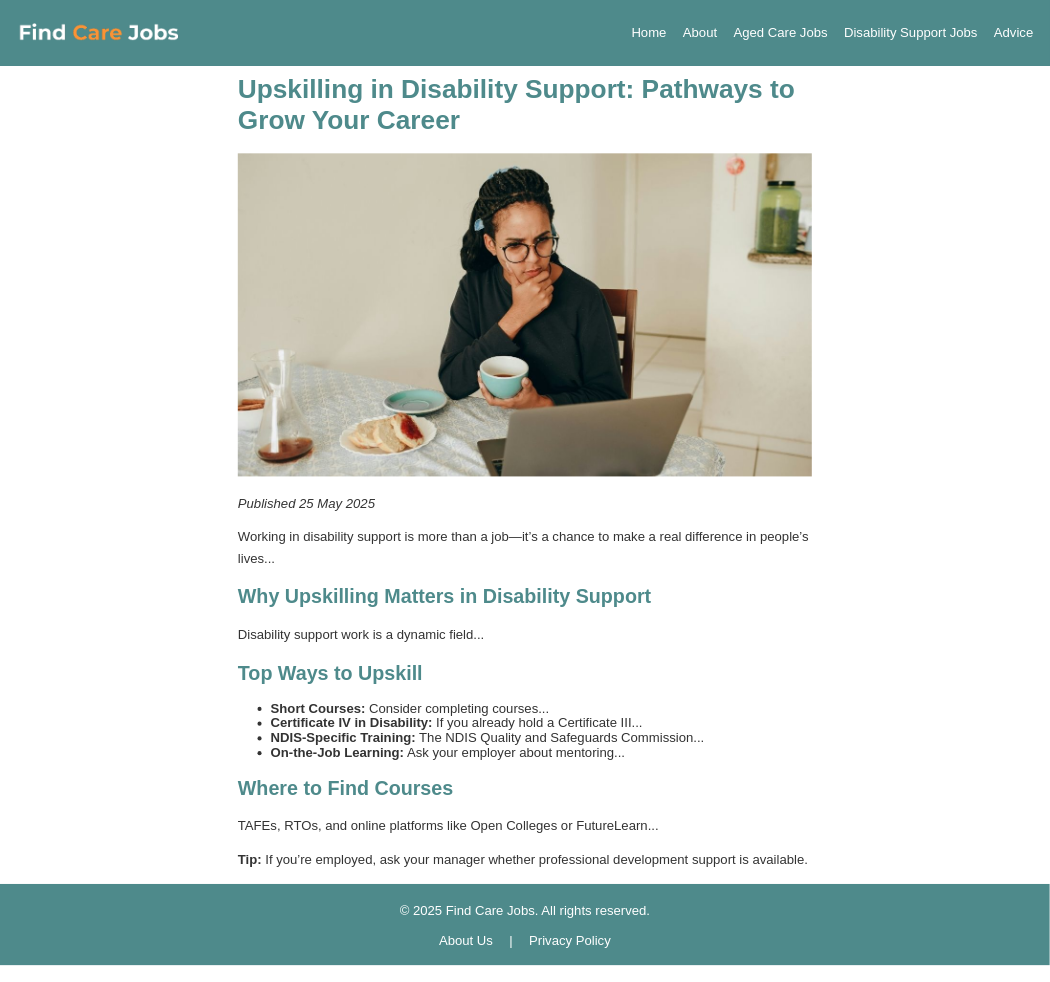
Repository: RichardCareJobs/find-care-jobs
Page: posts/upskilling-in-disability-support-work.html
An editor plug-in stored every save of this project. The page is shown before and after the next save, followed by the edit.
The browser window is 1280 px wide. The pictures show the whole page, at 82% of full size.

Above is the page before, as saved 2025-05-31 11:20:21.

### posts/upskilling-in-disability-support-work.html
<!DOCTYPE html>
<html lang="en">
<head>
    <!-- GTM + SEO -->
  <script>(function(w,d,s,l,i){w[l]=w[l]||[];w[l].push({'gtm.start':
  new Date().getTime(),event:'gtm.js'});var f=d.getElementsByTagName(s)[0],
  j=d.createElement(s),dl=l!='dataLayer'?'&l='+l:'';j.async=true;j.src=
  'https://www.googletagmanager.com/gtm.js?id='+i+dl;f.parentNode.insertBefore(j,f);
  })(window,document,'script','dataLayer','GTM-5VNSJFMC');</script>
  <meta charset="UTF-8">
  <meta name="viewport" content="width=device-width, initial-scale=1.0">
  <meta name="robots" content="index, follow">

  <title>Upskilling in Disability Support: How to Grow Your Career | Find Care Jobs</title>
  <meta name="description" content="Looking to grow your career in disability support? Discover upskilling pathways and training options to boost your skills and unlock new opportunities.">

  <link rel="canonical" href="https://findcarejobs.com.au/posts/upskilling-in-disability-support-work.html">

  <meta property="og:title" content="Upskilling in Disability Support: How to Grow Your Career">
  <meta property="og:description" content="Explore training and development options in disability support, including Certificate IV and NDIS training to advance your care career.">
  <meta property="og:url" content="https://findcarejobs.com.au/posts/upskilling-in-disability-support-work.html">
  <meta property="og:type" content="article">
  <meta property="og:image" content="https://findcarejobs.com.au/images/blog/disability-upskilling.jpg">

  <meta name="twitter:card" content="summary_large_image">
  <meta name="twitter:title" content="Upskilling in Disability Support: How to Grow Your Career">
  <meta name="twitter:description" content="Explore training and development options in disability support, including Certificate IV and NDIS training to advance your care career.">
  <meta name="twitter:image" content="https://findcarejobs.com.au/images/blog/disability-upskilling.jpg">

  <link rel="icon" href="/favicon.ico">
  <meta name="author" content="Find Care Jobs">
  <link rel="stylesheet" href="../styles.css" />
</head>

<body>
  <noscript><iframe src="https://www.googletagmanager.com/ns.html?id=GTM-5VNSJFMC"
    height="0" width="0" style="display:none;visibility:hidden"></iframe></noscript>

  <div id="global-header"></div>

  <main>
    <div class="blog-container">
      <h1>Upskilling in Disability Support: Pathways to Grow Your Career</h1>

      <img
  src="../images/blog/disability-upskilling.jpg"
  alt="Disability support worker engaging in professional development"
  style="max-width: 100%; height: auto; margin: 20px 0;"
>


      <p><em>Published 25 May 2025</em></p>

      <p>Working in disability support is more than a job—it’s a chance to make a real difference in people’s lives...</p>

      <h2>Why Upskilling Matters in Disability Support</h2>
      <p>Disability support work is a dynamic field...</p>

      <h2>Top Ways to Upskill</h2>
      <ul>
        <li><strong>Short Courses:</strong> Consider completing courses...</li>
        <li><strong>Certificate IV in Disability:</strong> If you already hold a Certificate III...</li>
        <li><strong>NDIS-Specific Training:</strong> The NDIS Quality and Safeguards Commission...</li>
        <li><strong>On-the-Job Learning:</strong> Ask your employer about mentoring...</li>
      </ul>

      <h2>Where to Find Courses</h2>
      <p>TAFEs, RTOs, and online platforms like Open Colleges or FutureLearn...</p>
      <p><strong>Tip:</strong> If you’re employed, ask your manager whether professional development support is available.</p>
    </div>
  </main>

  <div id="global-footer"></div>

  <script>
    fetch('../header.html').then(res => res.text()).then(data => document.getElementById('global-header').innerHTML = data);
    fetch('../footer.html').then(res => res.text()).then(data => document.getElementById('global-footer').innerHTML = data);
  </script>
</body>

</body>
</html>

### header.html
<header>
    <div class="header-container">

      <div class="logo">
  <a href="/">
    <img src="/images/FCJ-Logo-Horizontal.png" alt="Find Care Jobs" height="60" width="200" />
  </a>
</div>


      <!-- favicon -->
<link rel="icon" type="image/png" sizes="96x96" href="/favicon-96x96.png" />
<link rel="icon" type="image/svg+xml"       href="/favicon.svg"          />
<link rel="shortcut icon"                    href="/favicon.ico"          />
<link rel="apple-touch-icon" sizes="180x180" href="/apple-touch-icon.png" />
<meta name="apple-mobile-web-app-title" content="Find Care Jobs" />
<link rel="manifest"                         href="/site.webmanifest"     />


      <!-- Normal Nav Links (Desktop) -->
      <nav class="nav-links">
        <a href="/index.html">Home</a>
        <a href="/about.html">About</a>
        <a href="/aged-care-jobs.html">Aged Care Jobs</a>
        <a href="/disability-support-jobs.html">Disability Support Jobs</a>
        <a href="/advice.html">Advice</a>

      </nav>

      <!-- Hamburger Icon (Mobile) -->
      <div class="hamburger-menu" id="hamburger-menu">
        &#9776; <!-- A simple Unicode hamburger icon -->
      </div>
    </div>

    <!-- Collapsible Menu (Mobile) -->
    <nav class="mobile-nav" id="mobile-nav">
      <a href="/index.html">Home</a>
        <a href="/about.html">About</a>
        <a href="/aged-care-jobs.html">Aged Care Jobs</a>
        <a href="/disability-support-jobs.html">Disability Support Jobs</a>
        <a href="/advice.html">Advice</a>

    </nav>
  </header>

### footer.html
<footer class="global-footer">
    <p>&copy; 2025 Find Care Jobs. All rights reserved.</p>
    <nav>
        <a href="/about">About Us</a> |

        <a href="/privacy">Privacy Policy</a>
    </nav>
</footer>

Loaded but not shown: styles.css (949 lines, source omitted)

After the next save:
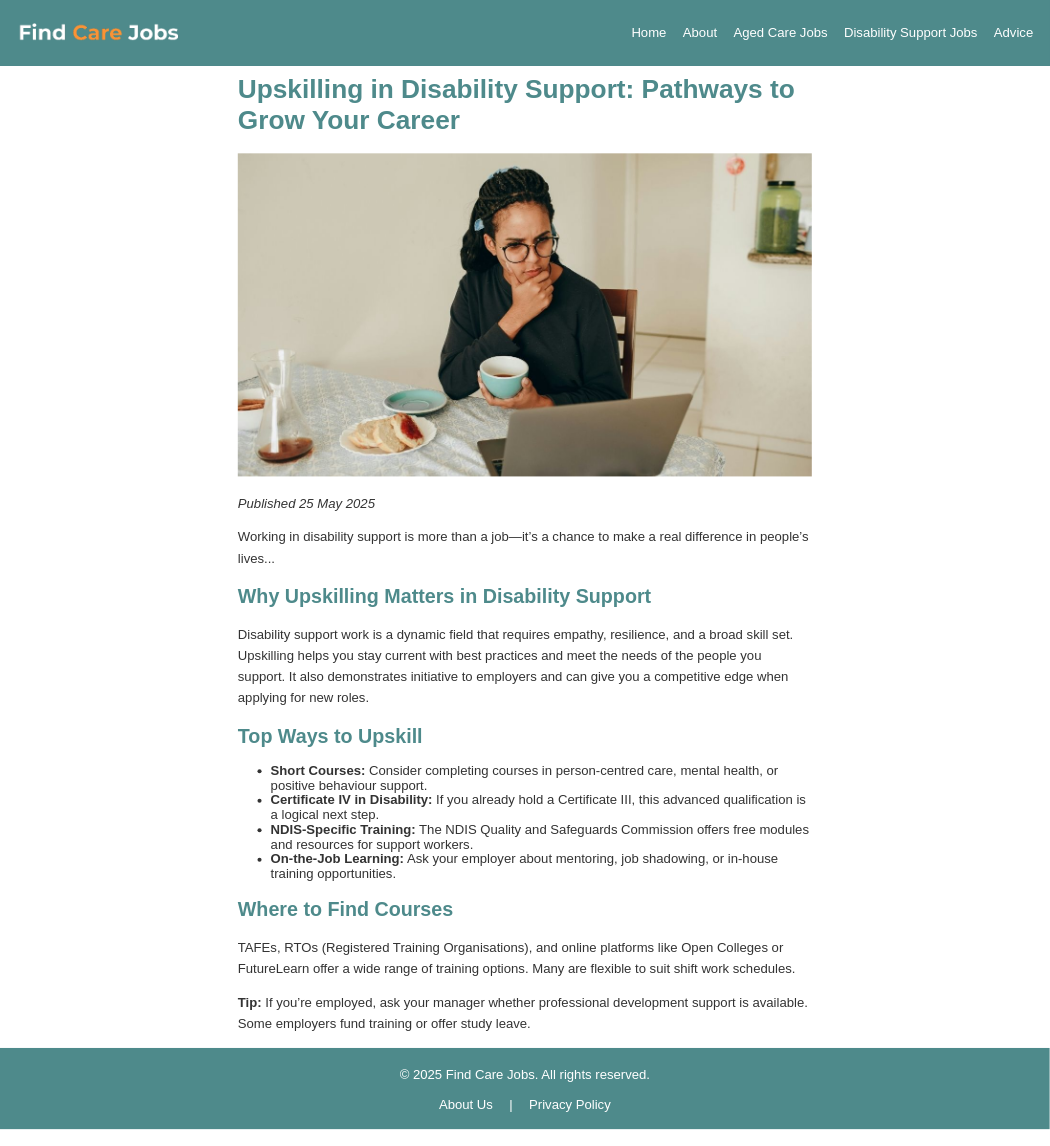
Saved 66 s later.
--- a/posts/upskilling-in-disability-support-work.html
+++ b/posts/upskilling-in-disability-support-work.html
@@ -54,19 +54,22 @@
       <p>Working in disability support is more than a job—it’s a chance to make a real difference in people’s lives...</p>
 
       <h2>Why Upskilling Matters in Disability Support</h2>
-      <p>Disability support work is a dynamic field...</p>
+      <p>Disability support work is a dynamic field that requires empathy, resilience, and a broad skill set. Upskilling helps you stay current with best practices and meet the needs of the people you support. It also demonstrates initiative to employers and can give you a competitive edge when applying for new roles.</p>
 
-      <h2>Top Ways to Upskill</h2>
-      <ul>
-        <li><strong>Short Courses:</strong> Consider completing courses...</li>
-        <li><strong>Certificate IV in Disability:</strong> If you already hold a Certificate III...</li>
-        <li><strong>NDIS-Specific Training:</strong> The NDIS Quality and Safeguards Commission...</li>
-        <li><strong>On-the-Job Learning:</strong> Ask your employer about mentoring...</li>
-      </ul>
+  <h2>Top Ways to Upskill</h2>
 
-      <h2>Where to Find Courses</h2>
-      <p>TAFEs, RTOs, and online platforms like Open Colleges or FutureLearn...</p>
-      <p><strong>Tip:</strong> If you’re employed, ask your manager whether professional development support is available.</p>
+  <ul>
+    <li><strong>Short Courses:</strong> Consider completing courses in person-centred care, mental health, or positive behaviour support.</li>
+    <li><strong>Certificate IV in Disability:</strong> If you already hold a Certificate III, this advanced qualification is a logical next step.</li>
+    <li><strong>NDIS-Specific Training:</strong> The NDIS Quality and Safeguards Commission offers free modules and resources for support workers.</li>
+    <li><strong>On-the-Job Learning:</strong> Ask your employer about mentoring, job shadowing, or in-house training opportunities.</li>
+  </ul>
+
+  <h2>Where to Find Courses</h2>
+
+  <p>TAFEs, RTOs (Registered Training Organisations), and online platforms like Open Colleges or FutureLearn offer a wide range of training options. Many are flexible to suit shift work schedules.</p>
+
+  <p><strong>Tip:</strong> If you’re employed, ask your manager whether professional development support is available. Some employers fund training or offer study leave.</p>
     </div>
   </main>
 
